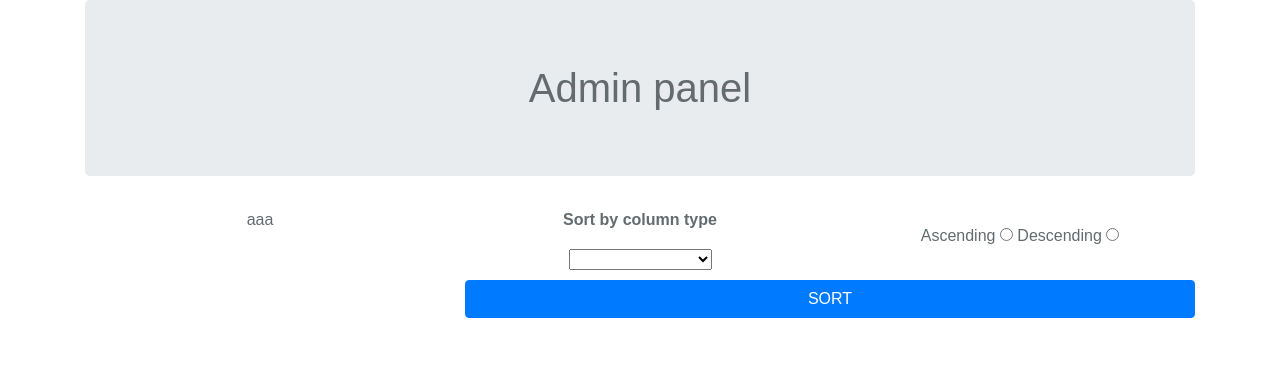
Repository: WOLVGVNG/gameclan
Page: resources/views/admin_panel.blade.php
The author's editor kept a copy of each file at every save. The page is drawn from the files as they stood at one save, then again after the next save.
The browser window is 1280 px wide. The pictures show the whole page.
The page is served by the project's Laravel application, run on PHP 8.4 with Laravel 8. Other server files are loaded and not shown. The template is opened directly, without the code that normally fills it, so the values that code supplies are empty.

Above is the page before, as saved 2019-03-19 22:59:05.

### routes/web.php
<?php

/*
|--------------------------------------------------------------------------
| Web Routes
|--------------------------------------------------------------------------
|
| Here is where you can register web routes for your application. These
| routes are loaded by the RouteServiceProvider within a group which
| contains the "web" middleware group. Now create something great!
|
*/

Route::get('/', 'AdminPanelController@index');

### resources/views/admin_panel.blade.php
@extends('layout.app')
@section('content')
<div class='container text-center'>
    <h1 class='jumbotron'>Admin panel</h1>
    <form action='/' method='GET'>
        <div class='row'>
            <div class='col-md-4'>
                <p>aaa</p>
            </div>
            <div class='col-md-8'>
                <div class='row'>
                    <div class='col'>
                        <p class='font-weight-bold'>Sort by column type</p>
                        <select name='sort_type' value='{{ session('sort_type') }}'>
                            <option>{{ session('sort_type') }}</option>
                            <option>id</option>
                            <option>user_name</option>
                            <option>email</option>
                            <option>active</option>
                            <option>banned</option>
                            <option>notifiable_email</option>
                            <option>email_verified_at</option>
                            <option>points</option>
                            <option>steam_id</option>
                            <option>facebook_id</option>
                            <option>google_id</option>
                            <option>geo</option>
                            <option>lang</option>
                            <option>ref</option>
                            <option>ref_status</option>
                            <option>ref_code</option>
                            <option>deleted_at</option>
                            <option>created_at</option>
                            <option>updated_at</option>
                        </select>
                    </div>
                    <div class='col'>
                        <p class='font-weight-bold>Sort by order'></p>
                        <label for='asc'>Ascending</label>
                        <input type='radio' name='sort_order' value='asc' id='asc'
                                @if(session('sort_order') == 'asc') echo checked @endif>
                        <label for='desc'>Descending</label>
                        <input type='radio' name='sort_order' value='desc' id='desc'
                                @if(session('sort_order') == 'desc') echo checked @endif>
                    </div>
                </div>
                <div class='row mt-2 mb-5'>
                    <div class='col-12'>
                        <button type='submit' class='btn btn-block btn-primary'>SORT</button>
                    </div>
                </div>
            </form>

            @foreach($users as $user)
                <div class='row mb-5'>
                    <div class='user-part-div col'>
                        <p class='font-weight-bold'>id</p>
                        <p>{{$user->id}}</p>
                    </div>
                    <div class='user-part-div col'>
                        <p class='font-weight-bold'>user_name</p>
                        <p>{{$user->user_name}}</p>
                    </div>
                    <div class='user-part-div col'>
                        <p class='font-weight-bold'>email</p>
                        <p>{{$user->email}}</p>
                    </div>
                    @if($user->active === 1)
                        <div class='user-part-div col d-flex align-items-center'>
                            <p class='font-weight-bold'>active</p>
                        </div>
                    @endif
                    @if($user->banned === 1)
                    <div class='user-part-div col d-flex align-items-center'>
                        <p class='font-weight-bold'>banned</p>
                    </div>
                    @endif
                    @if(isset($user->email_verified_at))
                        <div class='user-part-div col'>
                            <p class='font-weight-bold'>email_verified_at</p>
                            <p>{{$user->email_verified_at}}</p>
                        </div>
                    @endif
                    @if(isset($user->email_verified_at))
                        <div class='user-part-div col'>
                            <p class='font-weight-bold'>remember_token</p>
                            <p>{{$user->remember_token}}</p>
                        </div>
                    @endif
                    <div class='user-part-div col'>
                        <p class='font-weight-bold'>avatar</p>
                        <p>{{$user->avatar}}</p>
                    </div>
                    <div class='user-part-div col'>
                        <p class='font-weight-bold'>points</p>
                        <p>{{$user->points}}</p>
                    </div>
                    @if(isset($user->steam_id))
                        <div class='user-part-div col'>
                            <p class='font-weight-bold'>steam_id</p>
                            <p>{{$user->steam_id}}</p>
                        </div>
                    @endif
                    @if(isset($user->facebook_id))
                        <div class='user-part-div col'>
                            <p class='font-weight-bold'>facebook_id</p>
                            <p>{{$user->facebook_id}}</p>
                        </div>
                    @endif
                    @if(isset($user->google_id))
                        <div class='user-part-div col'>
                            <p class='font-weight-bold'>google_id</p>
                            <p>{{$user->google_id}}</p>
                        </div>
                    @endif
                    <div class='user-part-div col'>
                        <p class='font-weight-bold'>geo</p>
                        <p>{{$user->geo}}</p>
                    </div>
                    <div class='user-part-div col'>
                        <p class='font-weight-bold'>lang</p>
                        <p>{{$user->lang}}</p>
                    </div>
                    @if(isset($user->ref))
                        <div class='user-part-div col'>
                            <p class='font-weight-bold'>ref</p>
                            <p>{{$user->ref}}</p>
                        </div>
                    @endif
                    @if(isset($user->ref_status))
                        <div class='user-part-div col'>
                            <p class='font-weight-bold'>ref_status</p>
                            <p>{{$user->ref_status}}</p>
                        </div>
                    @endif
                    <div class='user-part-div col'>
                        <p class='font-weight-bold'>ref_code</p>
                        <p>{{$user->ref_code}}</p>
                    </div>
                    @if(isset($user->deleted_at))
                        <div class='user-part-div col'>
                            <p class='font-weight-bold'>deleted_at</p>
                            <p>{{$user->deleted_at}}</p>
                        </div>
                    @endif
                    <div class='user-part-div col'>
                        <p class='font-weight-bold'>created_at</p>
                        <p>{{$user->created_at}}</p>
                    </div>
                    @if(isset($user->updated_at))
                        <div class='user-part-div col'>
                            <p class='font-weight-bold'>updated_at</p>
                            <p>{{$user->updated_at}}</p>
                        </div>
                    @endif
                </div>
            @endforeach
        </div>
    </div>
</div>
@endsection

### resources/views/layout/app.blade.php
<!doctype html>
<html lang="{{ str_replace('_', '-', app()->getLocale()) }}">
    <head>
        <meta charset="utf-8">
        <meta name="viewport" content="width=device-width, initial-scale=1">

        <title>Laravel</title>

        <link rel="stylesheet" href="https://stackpath.bootstrapcdn.com/bootstrap/4.3.1/css/bootstrap.min.css" integrity="sha384-ggOyR0iXCbMQv3Xipma34MD+dH/1fQ784/j6cY/iJTQUOhcWr7x9JvoRxT2MZw1T" crossorigin="anonymous">

        <style>
            html, body {
                background-color: #fff;
                color: #636b6f;
                font-family: 'Nunito', sans-serif;
                font-weight: 200;
                height: 100vh;
                margin: 0;
            }

            .user-part-div {
                border: 3px solid gray;
            }
        </style>
    </head>
    <body>
        @yield('content')

    </body>
</html>

After the next save:
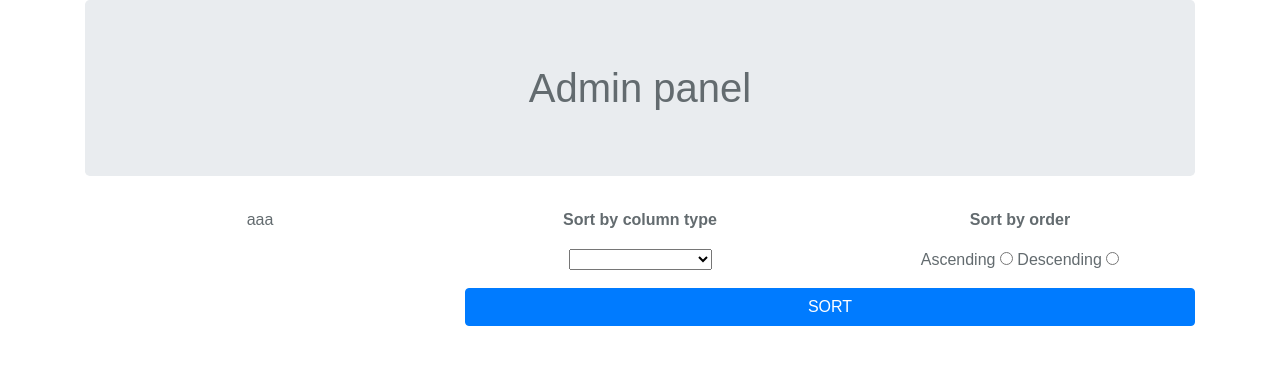
Saved 10 s later.
--- a/resources/views/admin_panel.blade.php
+++ b/resources/views/admin_panel.blade.php
@@ -35,7 +35,7 @@
                         </select>
                     </div>
                     <div class='col'>
-                        <p class='font-weight-bold>Sort by order'></p>
+                        <p class='font-weight-bold'>Sort by order</p>
                         <label for='asc'>Ascending</label>
                         <input type='radio' name='sort_order' value='asc' id='asc'
                                 @if(session('sort_order') == 'asc') echo checked @endif>
